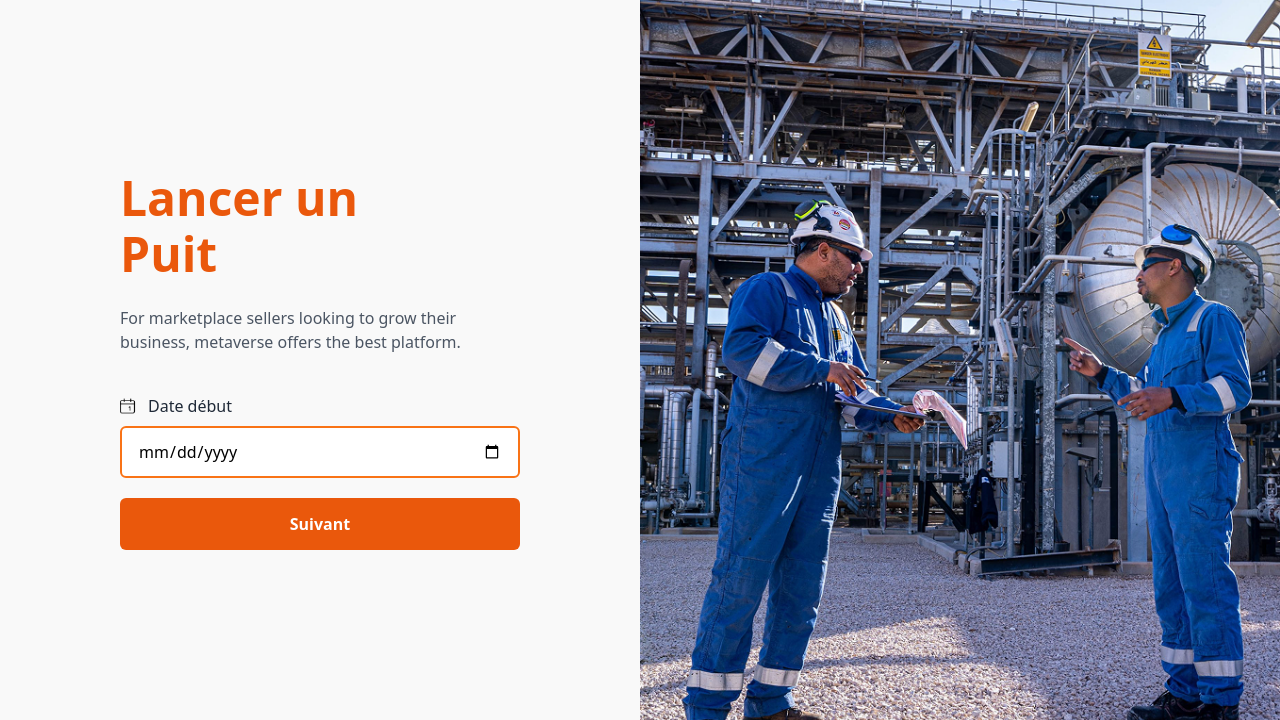
Repository: 123455675848484848484884848484/Projet_2cs
Page: / (app in front/)
The author's editor kept a copy of each file at every save. The page is drawn from the files as they stood at one save, then again after the next save.
The browser window is 1280 px wide. The pictures show the whole page.
The project was rebuilt for these pictures with package versions that can differ from the ones it lists, and the page was loaded fresh each time. Also part of the build but not shown: front/src/App.css, front/src/Login.jsx.

Above is the page before, as saved 2025-04-23 18:16:02.

After the next save:
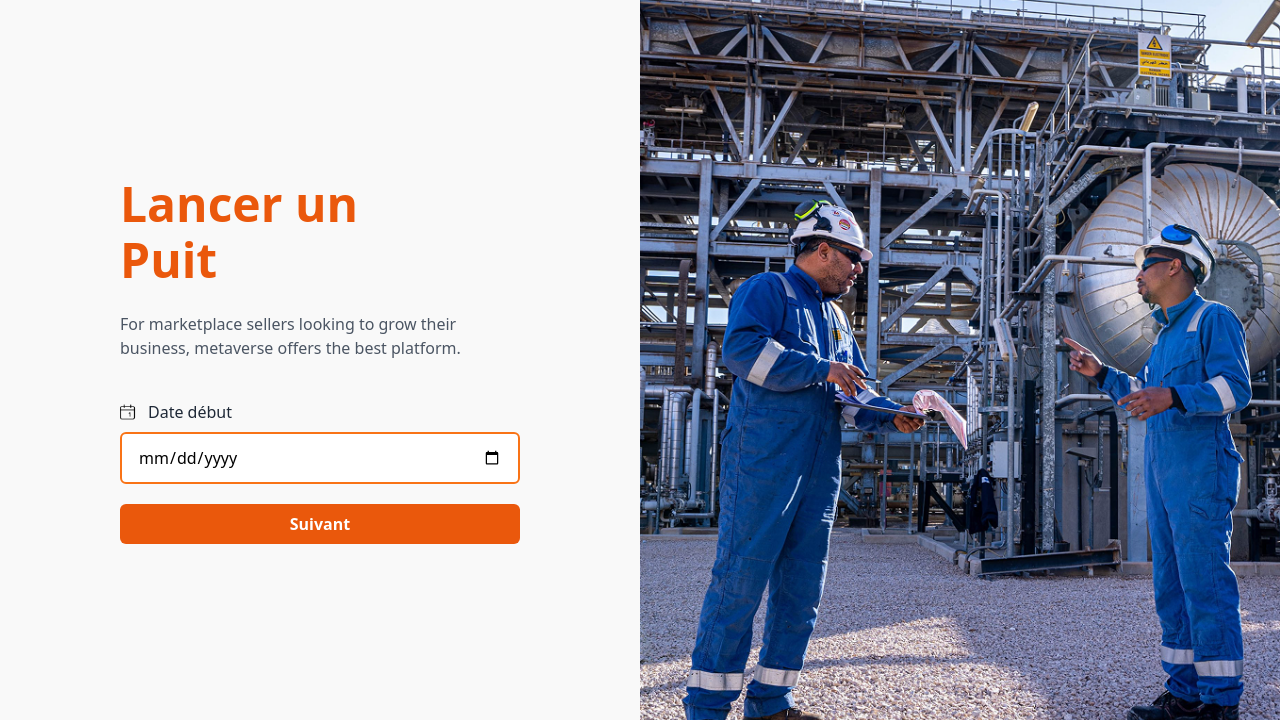
Saved 36 s later.
--- a/front/src/LancerPuit.jsx
+++ b/front/src/LancerPuit.jsx
@@ -42,7 +42,7 @@ const LancerPuit = () => {
 
             <button
               type="submit"
-              className="w-full h-[52px] bg-orange-600 hover:bg-orange-700 text-white text-[16px] font-semibold rounded-md transition"
+              className="w-full h-[40px] bg-orange-600 hover:bg-orange-700 text-white text-[16px] font-semibold rounded-md transition"
             >
               Suivant
             </button>
